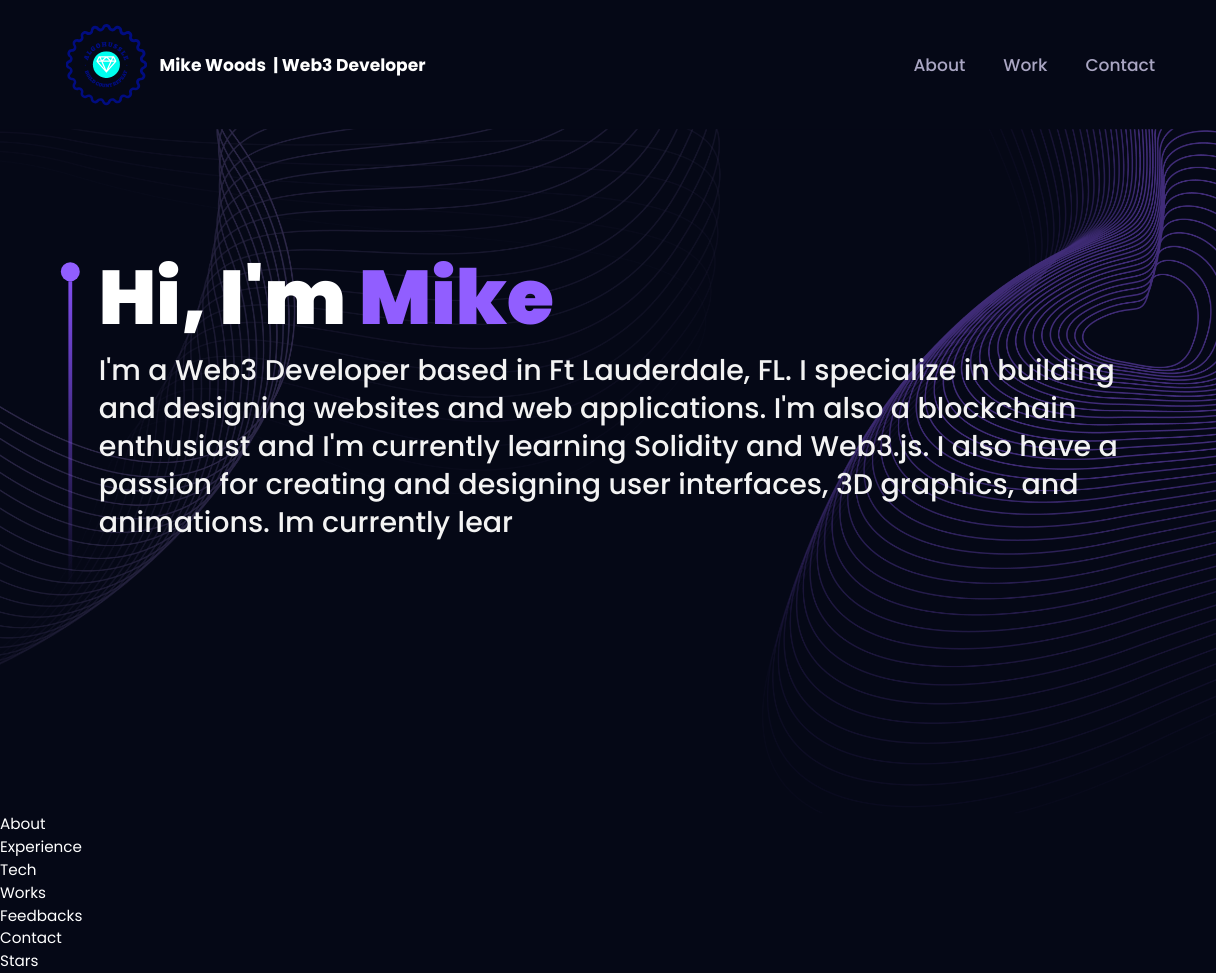
Repository: MikeeBuilds/3D-portfolio
Page: /
These files come from the project's save history. The page is drawn as it stood at one moment and after the next save; the edit follows.
The browser window is 1280 px wide. The pictures show the whole page, at 95% of full size.
The project was rebuilt for these pictures with package versions that can differ from the ones it lists, and the page was loaded fresh each time. Also part of the build but not shown: vite.config.js, src/components/canvas/Earth.jsx, src/components/canvas/Ball.jsx, src/components/canvas/Computers.jsx.

Above is the page before, as saved 2023-03-04 15:05:28.

### index.html
<!DOCTYPE html>
<html lang="en">
  <head>
    <meta charset="UTF-8" />
    <link rel="icon" type="image/svg+xml" href="/logo.svg" />
    <meta name="viewport" content="width=device-width, initial-scale=1.0" />
    <title>Algo Hussle Portfolio</title>
  </head>
  <body>
    <div id="root"></div>
    <script type="module" src="/src/main.jsx"></script>
  </body>
</html>

### src/App.jsx
import { BrowserRouter } from "react-router-dom";
import { About, Contact, Experience, Feedbacks,
Hero, Navbar, Tech, Works, StarsCanvas } from "./components";

const App = () => {
  return (
    <BrowserRouter>
      <div className="relative z-0 bg-primary">
        <div className="bg-hero-pattern bg-cover
        bg-no-repeat bg-center">
          <Navbar />
          <Hero />
        </div>
        <About />
        <Experience />
        <Tech />
        <Works />
        <Feedbacks />
        <div className="relative z-0">
          <Contact />
          <StarsCanvas />
        </div>
      </div>
    </BrowserRouter>
  )
};

export default App

### src/components/Hero.jsx
import React from 'react';
import { motion } from 'framer-motion';
import { styles } from '../styles';
import { ComputersCanvas } from './canvas';

const Hero = () => {
  return (
    <section className='relative w-full h-screen mx-auto'
    >
      <div className={`${styles.paddingX} absolute inset-0 top-[120px] max-w-7xl mx-auto flex flex-row items-start gap-5`}>
        <div className='flex flex-col items-center justify-center mt-5'>
          <div className='w-5 h-5 rounded-full bg-[#915eff]' />
          <div className='w-1 sm:h-80 h-40 violet-gradient' />
          </div>
          <div className=''>
            <h1 className={`${styles.heroHeadText} text-white`}>
              Hi, I'm <span className='text-[#915eff]'>Mike</span>
            </h1>
            <p className={`${styles.heroSubText} mt-2 text-white-100`}>
              I'm a Web3 Developer based in Ft Lauderdale, FL. I specialize in building and
                designing websites and web applications. I'm also a blockchain enthusiast and
                I'm currently learning Solidity and Web3.js. I also have a passion for
                creating and designing user interfaces, 3D graphics, and animations.
                Im currently lear
            </p>
          </div>

      </div>
    </section>
  )
}

export default Hero

### src/components/Navbar.jsx
import React, { useEffect, useState} from 'react';
import { Link } from "react-router-dom";
import { styles } from '../styles';
import { navLinks } from "../constants";
import { logo, menu, close } from "../assets";

const Navbar = () => {
  const [active, setActive] = useState("");
  const [toggle, setToggle] = useState(false);

  return (
    <nav className={`${styles.paddingX} w-full flex items-center py-5 top-0 z-20 bg-primary`}
    >
      <div className="flex items-center justify-between w-full max-w-7xl mx-auto">
        <Link to="/"
              className='flex items-center gap-2 '
              onClick={() => {
                setActive("");
                window.scrollTo(0, 0);
              }}
              >
                <img
                  src={logo}
                  alt='logo'
                  className='w-24 h-24 object-contain'
                  />
                <p
                  className='text-white text-[18px] font-bold cursor-pointer flex'
                  >
                    Mike Woods &nbsp;
                    <span
                      className='sm:block hidden'
                      >
                        | Web3 Developer
                    </span>
                </p>
          </Link>
            <ul className='list-none hidden sm:flex flex-row gap-10'>
                {navLinks.map((link) => (
                    <li
                      key={link.id}
                      className={`${
                        active === link.title
                        ? "text-white"
                        : "text-secondary"
                      } hover:text-white text-[18px] font-medium cursor-pointer`}
                      onClick={() => setActive(link.title)}
                      >
                    <a href={`#${link.id}`}> {link.title}</a>
                    </li>

                ))}
            </ul>
            <div className='sm:hidden flex flex-1 justify-end items-center'>
              <img src={toggle ? close : menu }
                    alt="menu"
                    className='w-[28px] h-[28px] object-contain cursor-pointer'
                    onClick={() => setToggle(!toggle)}
              />
              <div className={`${!toggle ? 'hidden'
              : 'flex'} p-6 black-gradient absolute top-20 right-0 mx-4 my-2 min-w-[140px] z-10
              rounded-xl`}>

              <ul className='list-none flex justify-end items-start flex-col gap-4'>
                {navLinks.map((link) => (
                    <li
                      key={link.id}
                      className={`${
                        active === link.title
                        ? "text-white"
                        : "text-secondary"
                      } font-poppins font-medium cursor-pointer text-[16px]`}
                      onClick={() => {
                        setToggle(!toggle);
                        setActive(link.title);
                      }}
                      >
                    <a href={`#${link.id}`}> {link.title}</a>
                    </li>

                ))}
            </ul>
              </div>

            </div>
        </div>
      </nav>
  )
}

export default Navbar

### src/constants/index.js
import {
    mobile,
    backend,
    creator,
    web,
    javascript,
    typescript,
    html,
    css,
    reactjs,
    redux,
    tailwind,
    nodejs,
    mongodb,
    git,
    figma,
    docker,
    meta,
    starbucks,
    tesla,
    shopify,
    carrent,
    jobit,
    tripguide,
    threejs,
  } from "../assets";

  export const navLinks = [
    {
      id: "about",
      title: "About",
    },
    {
      id: "work",
      title: "Work",
    },
    {
      id: "contact",
      title: "Contact",
    },
  ];

  const services = [
    {
      title: "Web Developer",
      icon: web,
    },
    {
      title: "React Native Developer",
      icon: mobile,
    },
    {
      title: "Backend Developer",
      icon: backend,
    },
    {
      title: "Content Creator",
      icon: creator,
    },
  ];

  const technologies = [
    {
      name: "HTML 5",
      icon: html,
    },
    {
      name: "CSS 3",
      icon: css,
    },
    {
      name: "JavaScript",
      icon: javascript,
    },
    {
      name: "TypeScript",
      icon: typescript,
    },
    {
      name: "React JS",
      icon: reactjs,
    },
    {
      name: "Redux Toolkit",
      icon: redux,
    },
    {
      name: "Tailwind CSS",
      icon: tailwind,
    },
    {
      name: "Node JS",
      icon: nodejs,
    },
    {
      name: "MongoDB",
      icon: mongodb,
    },
    {
      name: "Three JS",
      icon: threejs,
    },
    {
      name: "git",
      icon: git,
    },
    {
      name: "figma",
      icon: figma,
    },
    {
      name: "docker",
      icon: docker,
    },
  ];

  const experiences = [
    {
      title: "React.js Developer",
      company_name: "Starbucks",
      icon: starbucks,
      iconBg: "#383E56",
      date: "March 2020 - April 2021",
      points: [
        "Developing and maintaining web applications using React.js and other related technologies.",
        "Collaborating with cross-functional teams including designers, product managers, and other developers to create high-quality products.",
        "Implementing responsive design and ensuring cross-browser compatibility.",
        "Participating in code reviews and providing constructive feedback to other developers.",
      ],
    },
    {
      title: "React Native Developer",
      company_name: "Tesla",
      icon: tesla,
      iconBg: "#E6DEDD",
      date: "Jan 2021 - Feb 2022",
      points: [
        "Developing and maintaining web applications using React.js and other related technologies.",
        "Collaborating with cross-functional teams including designers, product managers, and other developers to create high-quality products.",
        "Implementing responsive design and ensuring cross-browser compatibility.",
        "Participating in code reviews and providing constructive feedback to other developers.",
      ],
    },
    {
      title: "Web Developer",
      company_name: "Shopify",
      icon: shopify,
      iconBg: "#383E56",
      date: "Jan 2022 - Jan 2023",
      points: [
        "Developing and maintaining web applications using React.js and other related technologies.",
        "Collaborating with cross-functional teams including designers, product managers, and other developers to create high-quality products.",
        "Implementing responsive design and ensuring cross-browser compatibility.",
        "Participating in code reviews and providing constructive feedback to other developers.",
      ],
    },
    {
      title: "Full stack Developer",
      company_name: "Meta",
      icon: meta,
      iconBg: "#E6DEDD",
      date: "Jan 2023 - Present",
      points: [
        "Developing and maintaining web applications using React.js and other related technologies.",
        "Collaborating with cross-functional teams including designers, product managers, and other developers to create high-quality products.",
        "Implementing responsive design and ensuring cross-browser compatibility.",
        "Participating in code reviews and providing constructive feedback to other developers.",
      ],
    },
  ];

  const testimonials = [
    {
      testimonial:
        "I thought it was impossible to make a website as beautiful as our product, but Rick proved me wrong.",
      name: "Sara Lee",
      designation: "CFO",
      company: "Acme Co",
      image: "https://randomuser.me/api/portraits/women/4.jpg",
    },
    {
      testimonial:
        "I've never met a web developer who truly cares about their clients' success like Rick does.",
      name: "Chris Brown",
      designation: "COO",
      company: "DEF Corp",
      image: "https://randomuser.me/api/portraits/men/5.jpg",
    },
    {
      testimonial:
        "After Rick optimized our website, our traffic increased by 50%. We can't thank them enough!",
      name: "Lisa Wang",
      designation: "CTO",
      company: "456 Enterprises",
      image: "https://randomuser.me/api/portraits/women/6.jpg",
    },
  ];

  const projects = [
    {
      name: "Car Rent",
      description:
        "Web-based platform that allows users to search, book, and manage car rentals from various providers, providing a convenient and efficient solution for transportation needs.",
      tags: [
        {
          name: "react",
          color: "blue-text-gradient",
        },
        {
          name: "mongodb",
          color: "green-text-gradient",
        },
        {
          name: "tailwind",
          color: "pink-text-gradient",
        },
      ],
      image: carrent,
      source_code_link: "https://github.com/",
    },
    {
      name: "Job IT",
      description:
        "Web application that enables users to search for job openings, view estimated salary ranges for positions, and locate available jobs based on their current location.",
      tags: [
        {
          name: "react",
          color: "blue-text-gradient",
        },
        {
          name: "restapi",
          color: "green-text-gradient",
        },
        {
          name: "scss",
          color: "pink-text-gradient",
        },
      ],
      image: jobit,
      source_code_link: "https://github.com/",
    },
    {
      name: "Trip Guide",
      description:
        "A comprehensive travel booking platform that allows users to book flights, hotels, and rental cars, and offers curated recommendations for popular destinations.",
      tags: [
        {
          name: "nextjs",
          color: "blue-text-gradient",
        },
        {
          name: "supabase",
          color: "green-text-gradient",
        },
        {
          name: "css",
          color: "pink-text-gradient",
        },
      ],
      image: tripguide,
      source_code_link: "https://github.com/",
    },
  ];

  export { services, technologies, experiences, testimonials, projects };

### src/assets/index.js
import logo from "./logo.svg";
import backend from "./backend.png";
import creator from "./creator.png";
import mobile from "./mobile.png";
import web from "./web.png";
import github from "./github.png";
import menu from "./menu.svg";
import close from "./close.svg";

import css from "./tech/css.png";
import docker from "./tech/docker.png";
import figma from "./tech/figma.png";
import git from "./tech/git.png";
import html from "./tech/html.png";
import javascript from "./tech/javascript.png";
import mongodb from "./tech/mongodb.png";
import nodejs from "./tech/nodejs.png";
import reactjs from "./tech/reactjs.png";
import redux from "./tech/redux.png";
import tailwind from "./tech/tailwind.png";
import typescript from "./tech/typescript.png";
import threejs from "./tech/threejs.svg";

import meta from "./company/meta.png";
import shopify from "./company/shopify.png";
import starbucks from "./company/starbucks.png";
import tesla from "./company/tesla.png";

import carrent from "./carrent.png";
import jobit from "./jobit.png";
import tripguide from "./tripguide.png";

export {
  logo,
  backend,
  creator,
  mobile,
  web,
  github,
  menu,
  close,
  css,
  docker,
  figma,
  git,
  html,
  javascript,
  mongodb,
  nodejs,
  reactjs,
  redux,
  tailwind,
  typescript,
  threejs,
  meta,
  shopify,
  starbucks,
  tesla,
  carrent,
  jobit,
  tripguide,
};

### tailwind.config.cjs

/** @type {import('tailwindcss').Config} */
module.exports = {
  content: ["./src/**/*.{js,jsx}"],
  mode: "jit",
  theme: {
    extend: {
      colors: {
        primary: "#050816",
        secondary: "#aaa6c3",
        tertiary: "#151030",
        "black-100": "#100d25",
        "black-200": "#090325",
        "white-100": "#f3f3f3",
      },
      boxShadow: {
        card: "0px 35px 120px -15px #211e35",
      },
      screens: {
        xs: "450px",
      },
      backgroundImage: {
        "hero-pattern": "url('/src/assets/herobg.png')",
      },
    },
  },
  plugins: [],
};

Loaded but not shown: src/main.jsx (common file); src/index.css (common file); src/components/index.js (common file); src/components/canvas/index.js (common file); src/components/About.jsx (common file); src/components/Tech.jsx (common file); src/components/Experience.jsx (common file); src/components/Works.jsx (common file); src/components/Feedbacks.jsx (common file); src/components/Contact.jsx (common file); src/components/canvas/Stars.jsx (common file); src/styles.js (common file)

After the next save:
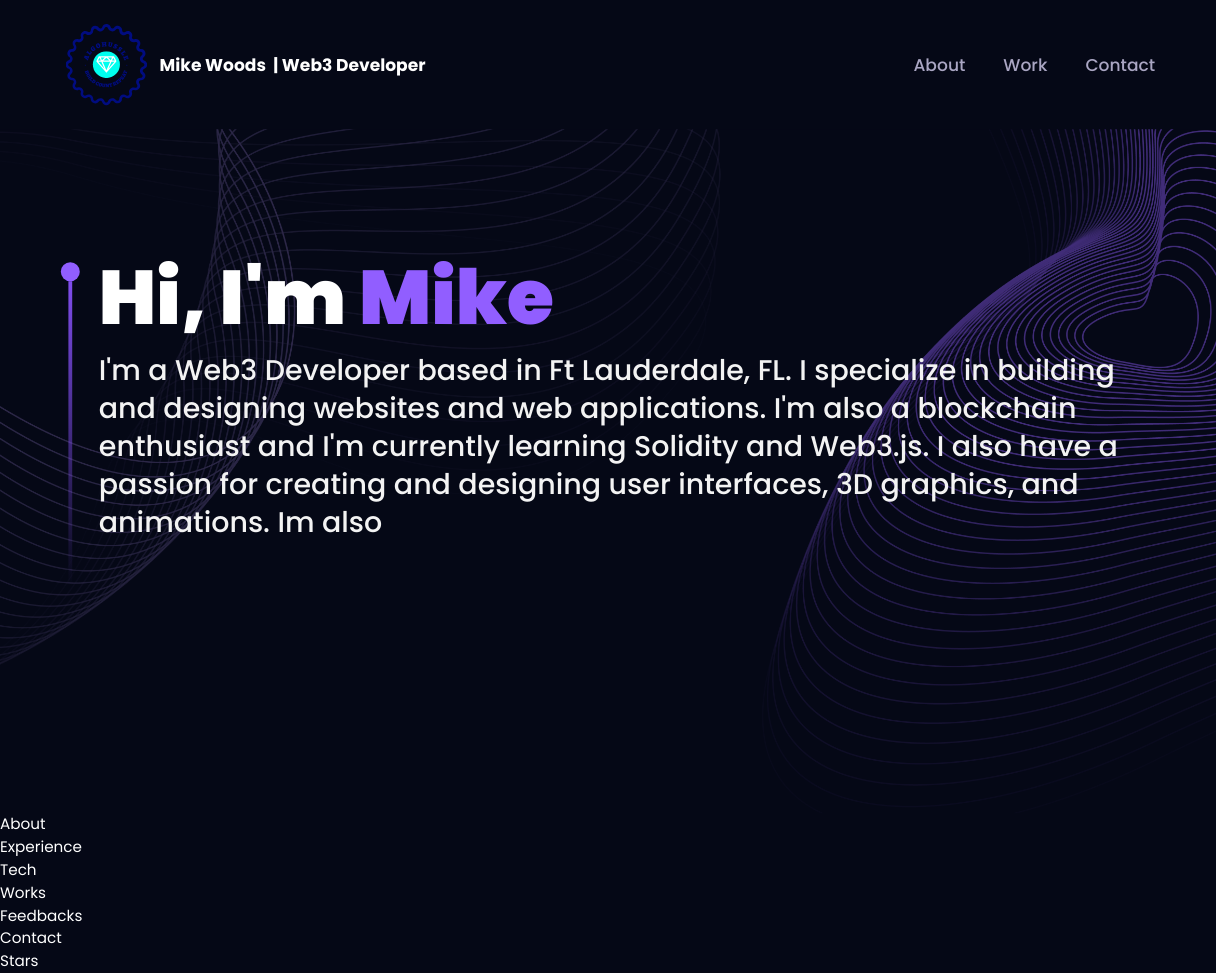
Saved 5 s later.
--- a/src/components/Hero.jsx
+++ b/src/components/Hero.jsx
@@ -21,7 +21,7 @@
                 designing websites and web applications. I'm also a blockchain enthusiast and
                 I'm currently learning Solidity and Web3.js. I also have a passion for
                 creating and designing user interfaces, 3D graphics, and animations.
-                Im currently lear
+                Im also
             </p>
           </div>
 
